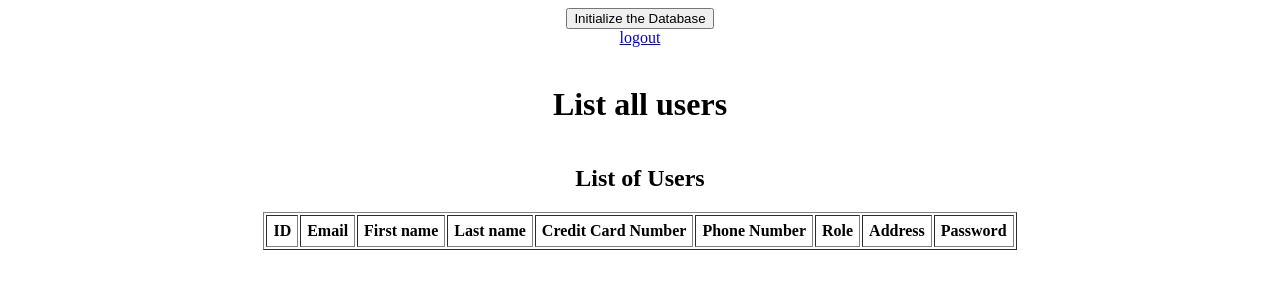
Repository: jrule5960/Tree-Cutting-Database
Page: http://localhost/database/rootView.jsp
An editor plug-in stored every save of this project. The page is shown before and after the next save, followed by the edit.
The browser window is 1280 px wide. The pictures show the whole page.
The page is served by Tomcat 9.

Above is the page before, as saved 2023-11-06 21:09:51.

After the next save:
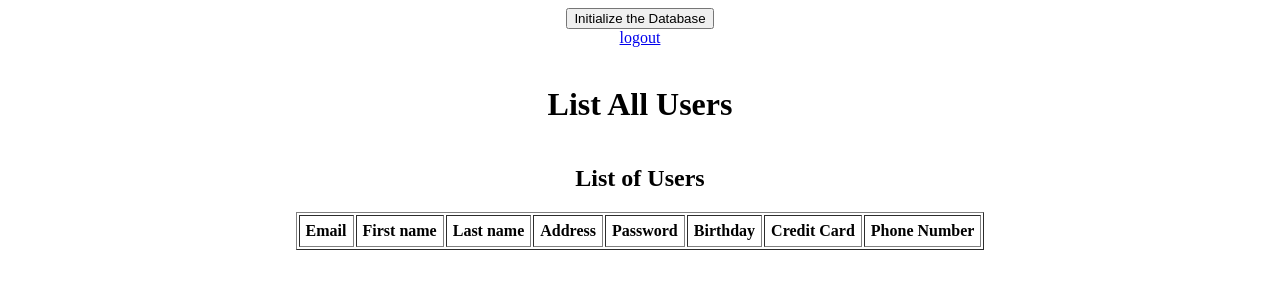
Saved 17 s later.
--- a/database/WebContent/rootView.jsp
+++ b/database/WebContent/rootView.jsp
@@ -6,7 +6,7 @@
 <html>
 <head>
 <meta charset="ISO-8859-1">
-<title>Root page</title>
+<title>Admin Root Page</title>
 </head>
 <body>
 
@@ -17,32 +17,30 @@
 	</form>
 	<a href="login.jsp"target ="_self" > logout</a><br><br>
 
-<h1>List all users</h1>
+<h1>List All Users</h1>
     <div align="center">
         <table border="1" cellpadding="6">
             <caption><h2>List of Users</h2></caption>
             <tr>
-            	<th>ID</th>
                 <th>Email</th>
                 <th>First name</th>
                 <th>Last name</th>
-                <th>Credit Card Number</th>
-                <th>Phone Number</th>
-                <th>Role</th>
                 <th>Address</th>
                 <th>Password</th>
+                <th>Birthday</th>
+				<th>Credit Card</th>
+                <th>Phone Number</th>
             </tr>
             <c:forEach var="users" items="${listUser}">
                 <tr style="text-align:center">
-                	<td><c:out value="${users.id}" /></td>
                     <td><c:out value="${users.email}" /></td>
                     <td><c:out value="${users.firstName}" /></td>
                     <td><c:out value="${users.lastName}" /></td>
-                    <td><c:out value="${users.creditCardNumber}" /></td>
-			        <td><c:out value="${users.phoneNumber}" /></td>
-			        <td><c:out value="${users.role}" /></td>
-                    <td><c:out value="${users.adress_street_num} ${users.adress_street} ${users.adress_city} ${users.adress_state} ${users.adress_zip_code}" /></td>
+                    <td><c:out value= "${users.adress_street_num} ${users.adress_street} ${users.adress_city} ${users.adress_state} ${users.adress_zip_code}" /></td>
                     <td><c:out value="${users.password}" /></td>
+                    <td><c:out value="${users.birthday}" /></td>
+                    <td><c:out value="${users.cash_bal}"/></td>
+                    <td><c:out value="${users.PPS_bal}" /></td>
             </c:forEach>
         </table>
 	</div>
